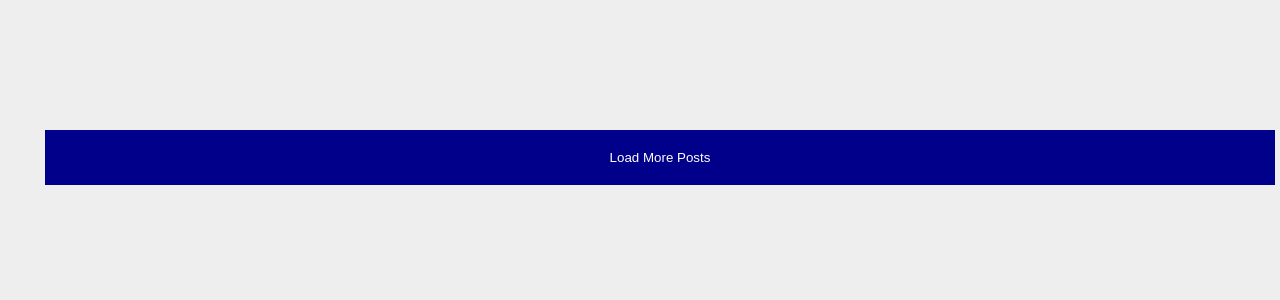
Repository: anderfmelo/temp-repo
Page: /
The author's editor kept a copy of each file at every save. The page is drawn from the files as they stood at one save, then again after the next save.
The browser window is 1280 px wide. The pictures show the whole page.
The pointer rests on the first visible `button`.
The page's requests for data from a server got no answer. The project was rebuilt for these pictures with package versions that can differ from the ones it lists, and the page was loaded fresh each time. No one was signed in, and anything a server would have sent is missing. Also part of the build but not shown: src/components/PostCard/styles.css, src/components/PostCard/index.jsx.

Above is the page before, as saved 2022-04-20 11:52:17.

### public/index.html
<!DOCTYPE html>
<html lang="en">
  <head>
    <meta charset="utf-8" />
    <link rel="icon" href="%PUBLIC_URL%/favicon.ico" />
    <meta name="viewport" content="width=device-width, initial-scale=1" />
    <meta name="theme-color" content="#000000" />
    <meta
      name="description"
      content="Web site created using create-react-app"
    />
    <link rel="apple-touch-icon" href="%PUBLIC_URL%/logo192.png" />
    <!--
      manifest.json provides metadata used when your web app is installed on a
      user's mobile device or desktop. See https://developers.google.com/web/fundamentals/web-app-manifest/
    -->
    <link rel="manifest" href="%PUBLIC_URL%/manifest.json" />
    <!--
      Notice the use of %PUBLIC_URL% in the tags above.
      It will be replaced with the URL of the `public` folder during the build.
      Only files inside the `public` folder can be referenced from the HTML.

      Unlike "/favicon.ico" or "favicon.ico", "%PUBLIC_URL%/favicon.ico" will
      work correctly both with client-side routing and a non-root public URL.
      Learn how to configure a non-root public URL by running `npm run build`.
    -->
    <title>React App</title>
  </head>
  <body>
    <noscript>You need to enable JavaScript to run this app.</noscript>
    <div id="root"></div>
    <!--
      This HTML file is a template.
      If you open it directly in the browser, you will see an empty page.

      You can add webfonts, meta tags, or analytics to this file.
      The build step will place the bundled scripts into the <body> tag.

      To begin the development, run `npm start` or `yarn start`.
      To create a production bundle, use `npm run build` or `yarn build`.
    -->
  </body>
</html>

### src/index.js
import React from 'react';
import ReactDOM from 'react-dom/client';
import './styles/global-styles.css';

import Home from './templates/Home';

const root = ReactDOM.createRoot(document.getElementById('root'));
root.render(
  <React.StrictMode>
    <Home />
  </React.StrictMode>
);

### src/templates/Home/index.jsx
import "./styles.css";

import { Component } from "react";

import { loadPosts } from "../../utils/load-posts";
import { Posts } from "../../components/Posts";
import { Button } from "../../components/Button";

export class Home extends Component {
  state = {
    posts: [],
    allPosts: [],
    page: 0,
    postsPerPage: 2,
  };

  async componentDidMount() {
    await this.loadPosts();
  }

  loadPosts = async () => {
    const { page, postsPerPage } = this.state;

    const postsAndPhotos = await loadPosts();
    this.setState({
      posts: postsAndPhotos.slice(page, postsPerPage),
      allPosts: postsAndPhotos,
    });
  };

  loadMorePosts = () => {
    const { page, postsPerPage, allPosts, posts } = this.state;

    const nextPage = page + postsPerPage;
    const nextPosts = allPosts.slice(nextPage, nextPage + postsPerPage);
    posts.push(...nextPosts);

    this.setState({ posts, page: nextPage });
  };

  render() {
    const { posts } = this.state;

    return (
      <section className="container">
        <Posts posts={posts} />
        <div className="button-container">
          <Button text="Load More Posts" quandoClica={this.loadMorePosts} />
        </div>
      </section>
    );
  }
}

export default Home;

### src/templates/Home/styles.css
.container {
  max-width: 1700px;
  margin: 0 auto;
  min-height: 100vh;
  background: #eee;
  padding: 25px;
}

.button-container {
  min-height: 160px;
  display: flex;
  align-items: flex-end;
}

### src/utils/load-posts.js
export const loadPosts = async () => {
    const postsResponse = fetch(
        'https://jsonplaceholder.typicode.com/posts');

    const photosResponse = fetch(
        'https://jsonplaceholder.typicode.com/photos');

    const [posts, photos] = await Promise.all(
        [postsResponse, photosResponse]);

    const postsJson = await posts.json();
    const photosJson = await photos.json();

    const postsAndPhotos = postsJson.map((post, index) => {
        return { ...post, cover: photosJson[index].url }
    });

    return postsAndPhotos;
}

### src/components/Posts/index.jsx
import "./styles.css";

import { PostCard } from "../PostCard";

export const Posts = ({ posts }) => (
  <div className="posts">
    {posts.map((post) => (
      <PostCard
        key={post.id}
        title={post.title}
        body={post.body}
        id={post.id}
        cover={post.cover}
      />
    ))}
  </div>
);

### src/components/Button/index.jsx
import "./styles.css";

import { Component } from "react";

export class Button extends Component {
  render() {
    const { text, quandoClica } = this.props;

    return (
      <button className="button" onClick={quandoClica}>
        {text}
      </button>
    );
  }
}

### src/components/Posts/styles.css
.posts {
    display: grid;
    grid-template-columns: repeat(
      auto-fill, minmax(280px, 1fr));
      gap: 30px;
  }

### src/components/Button/styles.css
.button {
    width: 100%;
    background: darkblue;
    color: white;
    border: none;
    padding: 20px 30px;
    transition: transform 0.5s;
}

button:hover{
    transform: translate(20px);
}

Loaded but not shown: src/styles/global-styles.css (common file); public/manifest.json (common file)

After the next save:
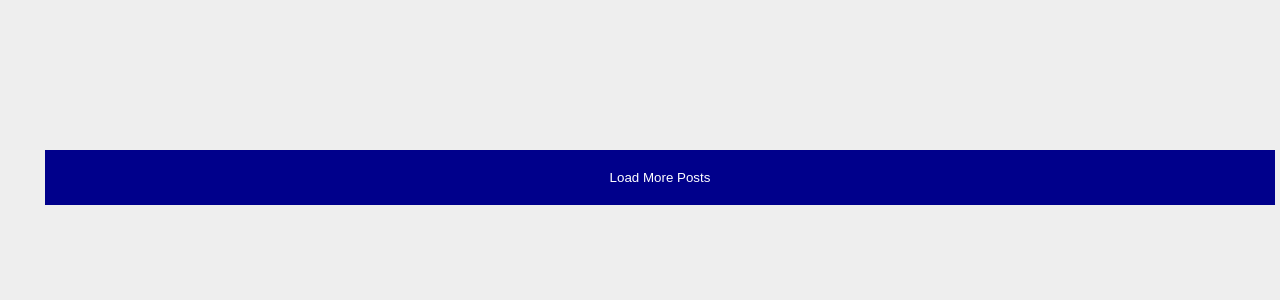
Saved 10 s later.
--- a/src/components/Button/styles.css
+++ b/src/components/Button/styles.css
@@ -8,5 +8,5 @@
 }
 
 button:hover{
-    transform: translate(20px);
+    transform: translate(20px, 20px);
 }
